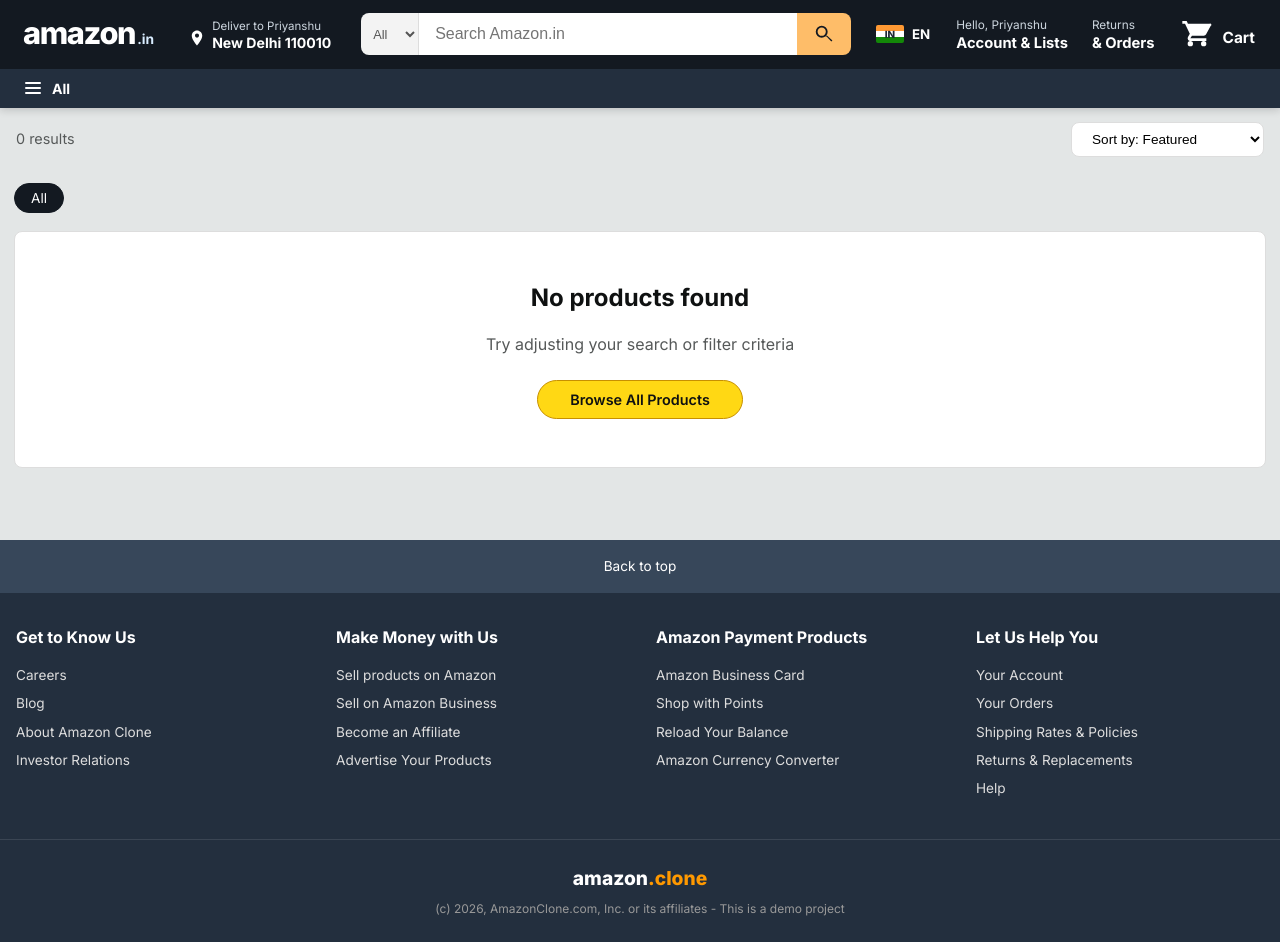
Repository: priyanshuanand12022/amazon-clone
Page: / (app in client/)
The author's editor kept a copy of each file at every save. The page is drawn from the files as they stood at one save, then again after the next save.
The browser window is 1280 px wide. The pictures show the whole page.
The page's requests for data from a server got no answer. The project was rebuilt for these pictures with package versions that can differ from the ones it lists, and the page was loaded fresh each time. No one was signed in, and anything a server would have sent is missing. Also part of the build but not shown: client/vite.config.js, client/src/components/StarRating.jsx, client/src/components/ProductCard.jsx, client/src/pages/ProductDetail.jsx, client/src/pages/Cart.jsx, client/src/pages/Checkout.jsx, client/src/pages/OrderConfirmation.jsx, client/src/pages/Orders.jsx and 1 more.

Above is the page before, as saved 2026-03-28 18:29:39.

After the next save:
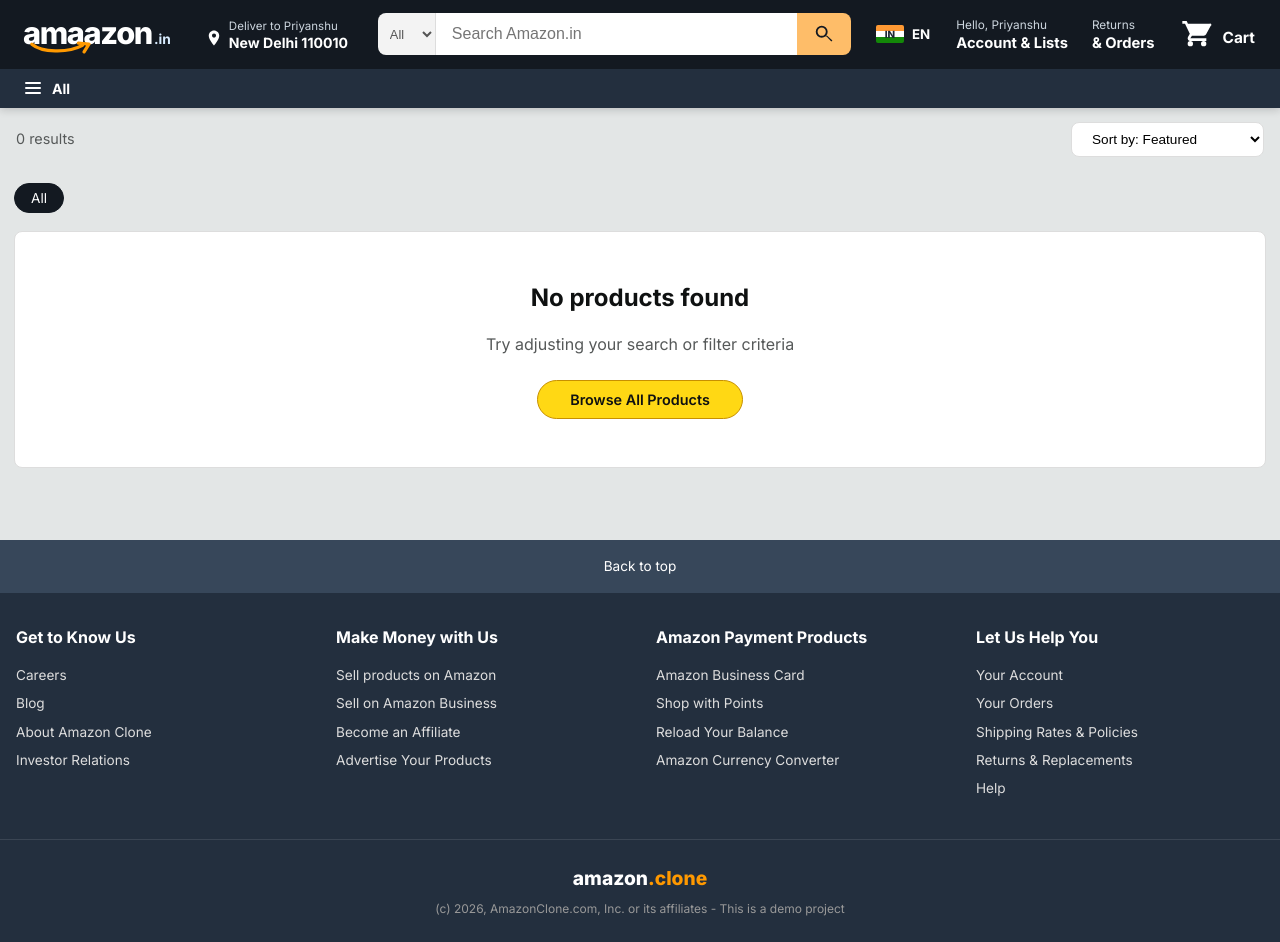
Saved 20 min 39 s later.
--- a/client/src/components/Navbar.jsx
+++ b/client/src/components/Navbar.jsx
@@ -61,10 +61,30 @@
       <div className="navbar-main">
         <Link to="/" className="navbar-logo">
           <div className="navbar-logo-wordmark">
-            <span className="navbar-logo-amazon">amazon</span>
+            <span className="navbar-logo-amazon">amaazon</span>
             <span className="navbar-logo-domain">.in</span>
           </div>
-          <span className="navbar-logo-smile" />
+          <svg
+            className="navbar-logo-smile"
+            viewBox="0 0 84 24"
+            aria-hidden="true"
+          >
+            <path
+              d="M6 8.5C18 18.5 50 20 68.5 10"
+              fill="none"
+              stroke="#ff9900"
+              strokeWidth="4.1"
+              strokeLinecap="round"
+            />
+            <path
+              d="M63.5 7.2L76.5 8.5L70.5 18"
+              fill="none"
+              stroke="#ff9900"
+              strokeWidth="4.1"
+              strokeLinecap="round"
+              strokeLinejoin="round"
+            />
+          </svg>
         </Link>
 
         <div className="navbar-location">
